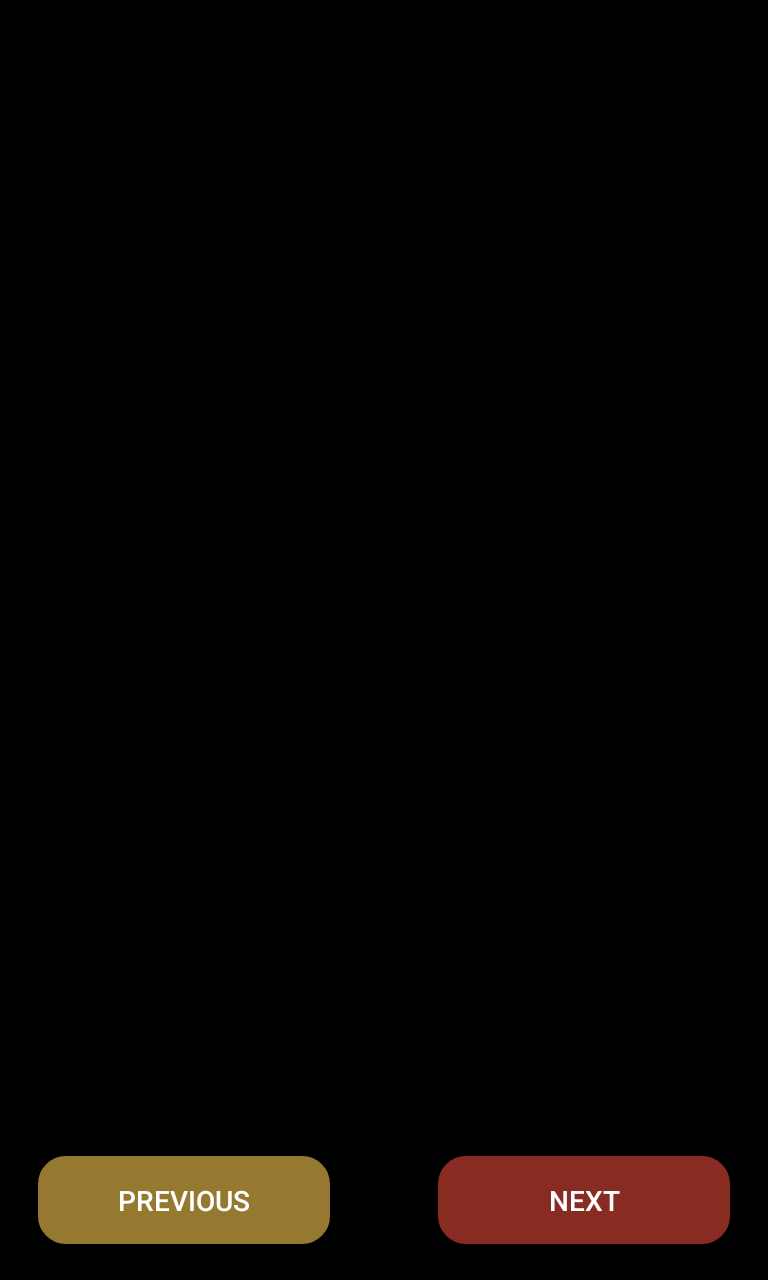
Repository: Dsupreme/MC_tictactoe
Layout: basicgrid/res/layout/tutorial1.xml
An editor plug-in stored every save of this project. The layout is shown before and after the next save, followed by the edit.
It is drawn on a 768 x 1280 px phone screen (xhdpi) without system bars, with theme AppTheme; the app's code is not run. The app's manifest (not shown) leaves right-to-left support off. So textAlignment, textDirection and layoutDirection are ignored, and left and right values win over start and end ones.

Above is the layout before, as saved 2014-12-02 05:55:36.

### basicgrid/res/layout/tutorial1.xml
<?xml version="1.0" encoding="utf-8"?>
<RelativeLayout xmlns:android="http://schemas.android.com/apk/res/android"
	android:layout_width="match_parent"
    android:layout_height="match_parent"
    android:background="#000000"
    android:scaleType="fitXY"
    android:paddingBottom="@dimen/activity_vertical_margin"
    android:paddingLeft="@dimen/activity_horizontal_margin"
    android:paddingRight="@dimen/activity_horizontal_margin"
    android:paddingTop="@dimen/activity_vertical_margin"
    android:orientation="vertical" >

    <ImageView
        android:id="@+id/ivAnimation"
        android:layout_width="350dp"
        android:layout_height="350dp"
        android:layout_above="@+id/text_vp"
        android:layout_centerHorizontal="true"
        android:contentDescription="Animation" />

    <Button
        android:id="@+id/prev"
        android:layout_width="150dp"
        android:layout_height="wrap_content"
        android:layout_alignLeft="@+id/ivAnimation"
        android:layout_alignParentBottom="true"
        android:layout_weight="1"
        android:background="@drawable/button_states_yellow"
        android:text="Previous"
        android:textColor="#FFF" />

    <Button
        android:id="@+id/next"
        android:layout_width="150dp"
        android:layout_height="wrap_content"
        android:layout_alignBaseline="@id/prev"
        android:layout_alignBottom="@id/prev"
        android:layout_alignRight="@id/ivAnimation"
        android:background="@drawable/button_states_peach"
        android:text="Next"
        android:textColor="#FFF" />

    <TextView
        android:id="@+id/text_vp"
        android:layout_width="match_parent"
        android:layout_height="wrap_content"
        android:layout_above="@+id/prev"
        android:layout_alignLeft="@+id/ivAnimation"
        android:gravity="center"
        android:paddingBottom="10sp"
        android:paddingLeft="10sp"
        android:paddingRight="10sp"
        android:paddingTop="10sp"
        android:textAlignment="center"
        android:textColor="#FFFFFF"
        android:textSize="20sp" />

</RelativeLayout>

### basicgrid/res/drawable/button_states_yellow.xml
<?xml version="1.0" encoding="utf-8"?>
<selector xmlns:android="http://schemas.android.com/apk/res/android">
    <item android:drawable="@drawable/custom_button_yellow_pressed"
          android:state_pressed="true" />
    <item android:drawable="@drawable/custom_button_yellow_pressed"
          android:state_focused="true" />
    <item android:drawable="@drawable/custom_button_yellow" />
</selector>

### basicgrid/res/drawable/button_states_peach.xml
<?xml version="1.0" encoding="utf-8"?>
<selector xmlns:android="http://schemas.android.com/apk/res/android">
    <item android:drawable="@drawable/custom_button_peach_pressed"
          android:state_pressed="true" />
    <item android:drawable="@drawable/custom_button_peach_pressed"
          android:state_focused="true" />
    <item android:drawable="@drawable/custom_button_peach" />
</selector>

### basicgrid/res/drawable/custom_button_peach_pressed.xml
<?xml version="1.0" encoding="utf-8"?>
<layer-list xmlns:android="http://schemas.android.com/apk/res/android" >
    <item android:left="0dp" android:right="0dp"  android:top="0dp"  android:bottom="0dp">
    <shape android:shape="rectangle" >
        <solid android:color="#e74c3c"/>
        <corners android:radius="15dp"></corners>
		<padding android:top="7dp" android:bottom="7dp" android:right="7dp" android:left="7dp"/>
    	<stroke android:width="2dp" android:color="#000" />
    </shape>
    </item>
</layer-list>
<!-- color a1352a-->

### basicgrid/res/drawable/custom_button_peach.xml
<?xml version="1.0" encoding="utf-8"?>
<layer-list xmlns:android="http://schemas.android.com/apk/res/android" >
    <item android:left="0dp" android:right="0dp"  android:top="0dp"  android:bottom="0dp">
    <shape android:shape="rectangle" >
        <solid android:color="#96e74c3c"/>
        <corners android:radius="15dp"></corners>
		<padding android:top="7dp" android:bottom="7dp" android:right="7dp" android:left="7dp"/>
    	<stroke android:width="2dp" android:color="#000" />
    </shape>
    </item>
</layer-list>

### basicgrid/res/drawable/custom_button_yellow_pressed.xml
<?xml version="1.0" encoding="utf-8"?>
<layer-list xmlns:android="http://schemas.android.com/apk/res/android" >
    <item android:left="0dp" android:right="0dp"  android:top="0dp"  android:bottom="0dp">
    <shape android:shape="rectangle" >
        <solid android:color="#ffce54"/>
        <corners android:radius="15dp"></corners>
		<padding android:top="7dp" android:bottom="7dp" android:right="7dp" android:left="7dp"/>
    	<stroke android:width="2dp" android:color="#000" />

    </shape>
    </item>
</layer-list>
<!-- #96cca443 -->

### basicgrid/res/drawable/custom_button_yellow.xml
<?xml version="1.0" encoding="utf-8"?>
<layer-list xmlns:android="http://schemas.android.com/apk/res/android" >
    <item android:left="0dp" android:right="0dp"  android:top="0dp"  android:bottom="0dp">
    <shape android:shape="rectangle" >
        <solid android:color="#96ffce54"/>
        <corners android:radius="15dp"></corners>
		<padding android:top="7dp" android:bottom="7dp" android:right="7dp" android:left="7dp"/>
    	<stroke android:width="2dp" android:color="#000" />

    </shape>
    </item>
</layer-list>

Loaded but not shown: basicgrid/res/values/styles.xml (common file); basicgrid/res/values-v11/styles.xml (common file); basicgrid/res/values-v14/styles.xml (common file); basicgrid/res/values/dimens.xml (common file); basicgrid/res/values-w820dp/dimens.xml (common file)

After the next save:
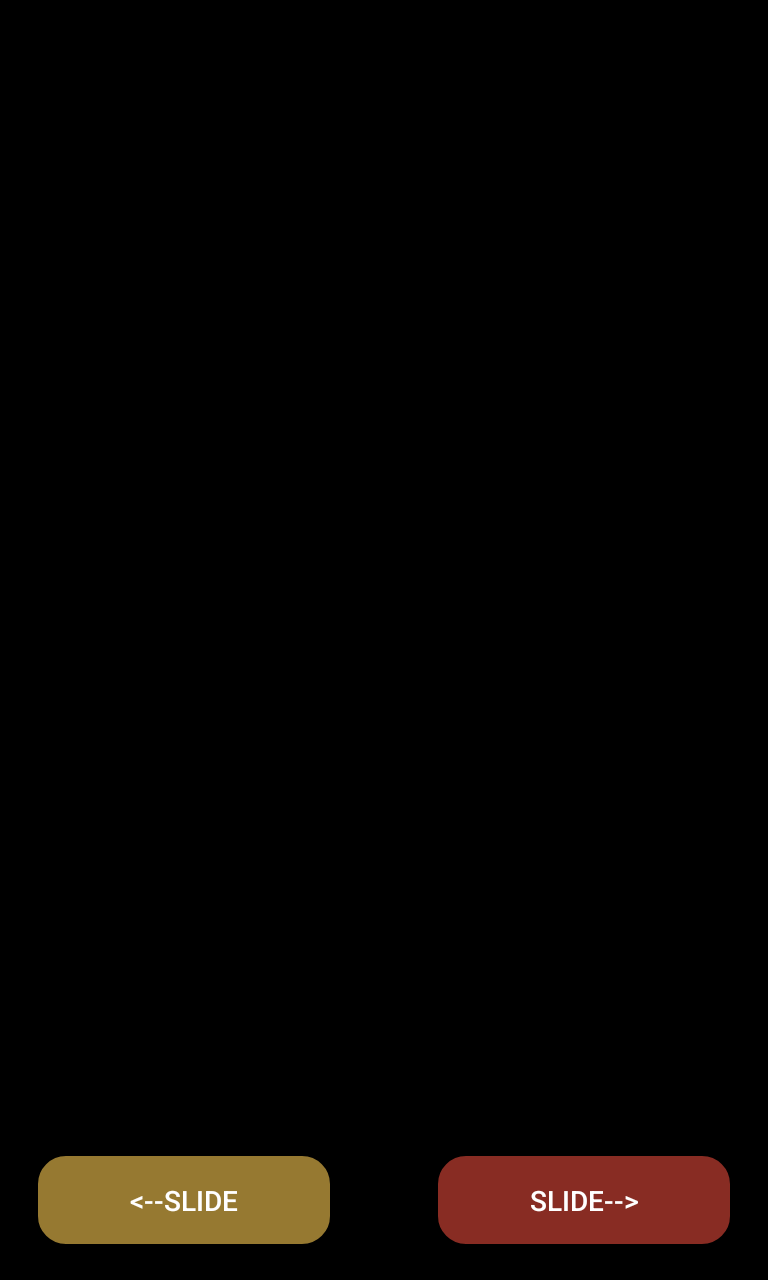
Saved 35 s later.
--- a/basicgrid/res/layout/tutorial1.xml
+++ b/basicgrid/res/layout/tutorial1.xml
@@ -26,7 +26,7 @@
         android:layout_alignParentBottom="true"
         android:layout_weight="1"
         android:background="@drawable/button_states_yellow"
-        android:text="Previous"
+        android:text="<--SLIDE"
         android:textColor="#FFF" />
 
     <Button
@@ -37,7 +37,7 @@
         android:layout_alignBottom="@id/prev"
         android:layout_alignRight="@id/ivAnimation"
         android:background="@drawable/button_states_peach"
-        android:text="Next"
+        android:text="SLIDE-->"
         android:textColor="#FFF" />
 
     <TextView
